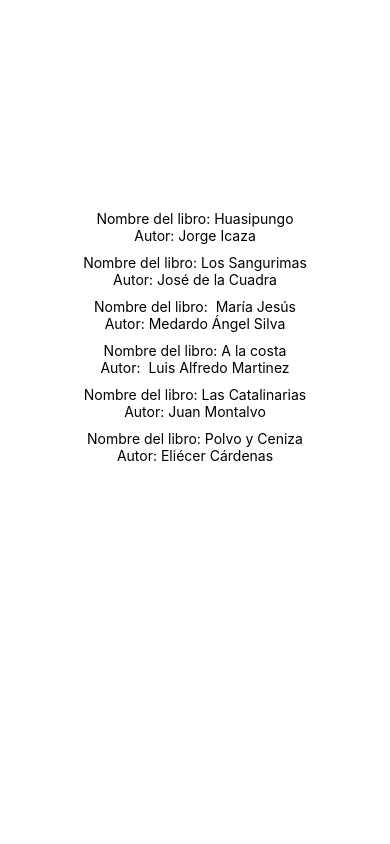
Repository: Henrybaio24/app-lista-libros
Screen: /
An editor plug-in stored every save of this project. The screen is shown before and after the next save, followed by the edit.
The app was drawn by React Native's web renderer in a window 390 px wide. The project was rebuilt for these pictures with package versions that can differ from the ones it lists, and the page was loaded fresh each time.

Above is the screen before, as saved 2020-02-03 20:16:47.

After the next save:
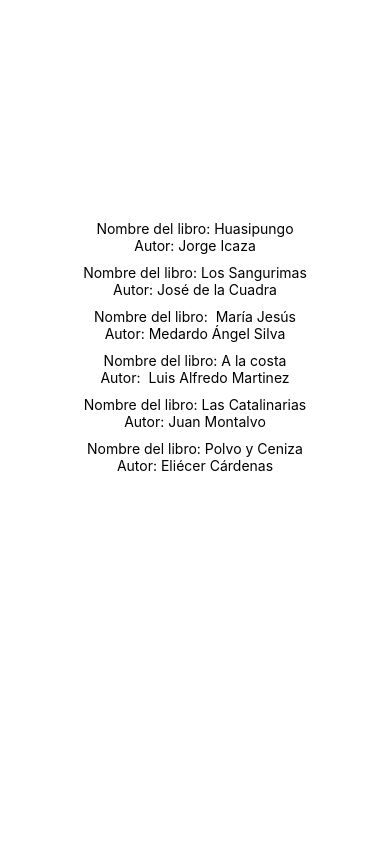
Saved 16 s later.
--- a/App.js
+++ b/App.js
@@ -19,7 +19,7 @@ export default class EventList extends Component {
 
   render() {
     return(
-      <View>
+      <View style={styles.container}>
       <FlatList
         data={ this.state.libros }
         style={ styles.lista }
